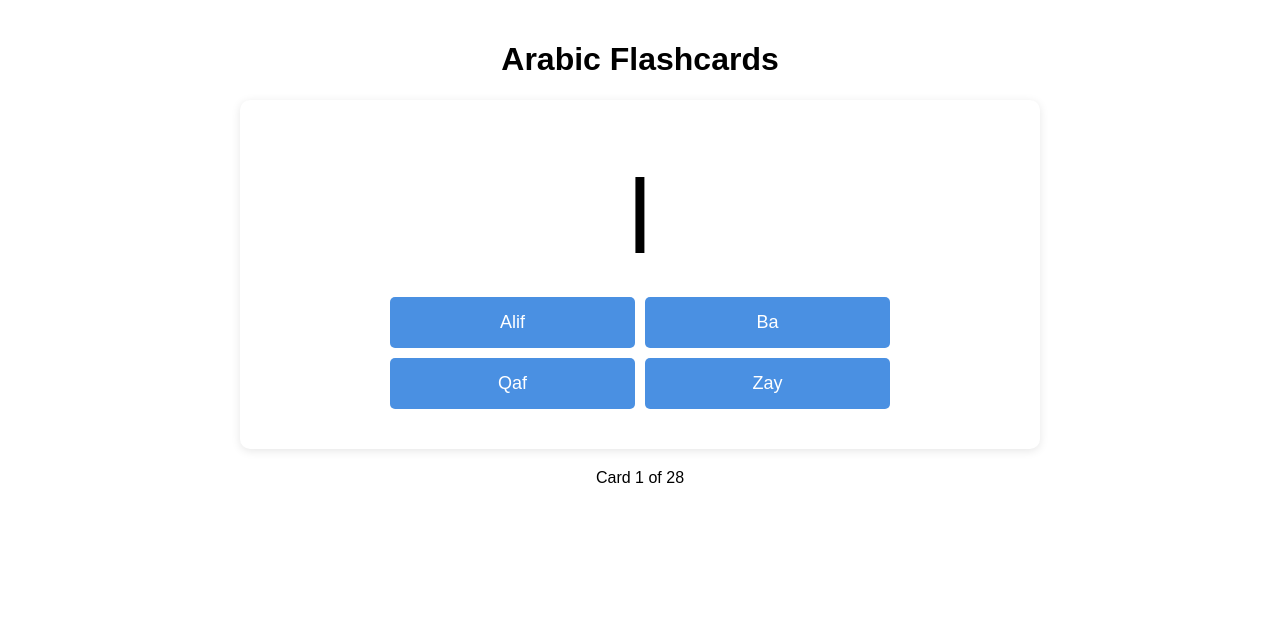
Repository: foolishimp/arabic-flashcards
Page: /
An editor plug-in stored every save of this project. The page is shown before and after the next save, followed by the edit.
The browser window is 1280 px wide. The pictures show the whole page.
The project was rebuilt for these pictures with package versions that can differ from the ones it lists, and the page was loaded fresh each time.

Above is the page before, as saved 2024-11-22 23:45:05.

### src/App.js
import React, { useState } from "react";
import "./App.css";

const letters = [
  { arabic: "ا", name: "Alif" },
  { arabic: "ب", name: "Ba" },
  { arabic: "ت", name: "Ta" },
  { arabic: "ث", name: "Tha" },
  { arabic: "ج", name: "Jeem" },
  { arabic: "ح", name: "Ha" },
  { arabic: "خ", name: "Kha" },
  { arabic: "د", name: "Dal" },
  { arabic: "ذ", name: "Dhal" },
  { arabic: "ر", name: "Ra" },
  { arabic: "ز", name: "Zay" },
  { arabic: "س", name: "Seen" },
  { arabic: "ش", name: "Sheen" },
  { arabic: "ص", name: "Saad" },
  { arabic: "ض", name: "Daad" },
  { arabic: "ط", name: "Taa" },
  { arabic: "ظ", name: "Zaa" },
  { arabic: "ع", name: "Ayn" },
  { arabic: "غ", name: "Ghayn" },
  { arabic: "ف", name: "Fa" },
  { arabic: "ق", name: "Qaf" },
  { arabic: "ك", name: "Kaf" },
  { arabic: "ل", name: "Lam" },
  { arabic: "م", name: "Meem" },
  { arabic: "ن", name: "Noon" },
  { arabic: "ه", name: "Ha" },
  { arabic: "و", name: "Waw" },
  { arabic: "ي", name: "Ya" },
];

function App() {
  const [currentCardIndex, setCurrentCardIndex] = useState(0);
  const [score, setScore] = useState(0);
  const [showResult, setShowResult] = useState(false);
  const [selectedOption, setSelectedOption] = useState(null);
  const [currentOptions, setCurrentOptions] = useState(getRandomOptions(letters[0].name));
  const [canProceed, setCanProceed] = useState(false);

  function getRandomOptions(correctAnswer) {
    const options = new Set([correctAnswer]);
    while (options.size < 4) {
      const randomLetter = letters[Math.floor(Math.random() * letters.length)].name;
      options.add(randomLetter);
    }
    return Array.from(options).sort();
  }

  const handleOptionClick = (option) => {
    if (selectedOption !== null) return;

    setSelectedOption(option);
    setCanProceed(true);

    if (option === letters[currentCardIndex].name) {
      setScore(score + 1);
    }
  };

  const handleNext = () => {
    if (currentCardIndex + 1 < letters.length) {
      setCurrentCardIndex(currentCardIndex + 1);
      setSelectedOption(null);
      setCanProceed(false);
      setCurrentOptions(getRandomOptions(letters[currentCardIndex + 1].name));
    } else {
      setShowResult(true);
    }
  };

  if (showResult) {
    return (
      <div className="App">
        <div className="result">
          <h1>Flashcards Completed!</h1>
          <p>Your score: {score} / {letters.length}</p>
          <button className="next-button" onClick={() => window.location.reload()}>
            Restart
          </button>
        </div>
      </div>
    );
  }

  return (
    <div className="App">
      <h1>Arabic Flashcards</h1>
      <div className="flashcard">
        <div className="arabic-letter">{letters[currentCardIndex].arabic}</div>
        <div className="options">
          {currentOptions.map((option, index) => (
            <button
              key={index}
              onClick={() => handleOptionClick(option)}
              className={
                selectedOption !== null
                  ? option === letters[currentCardIndex].name
                    ? "correct"
                    : option === selectedOption
                    ? "incorrect"
                    : ""
                  : ""
              }
              disabled={selectedOption !== null}
            >
              {option}
            </button>
          ))}
        </div>
      </div>
      <div className="progress">
        <p>Card {currentCardIndex + 1} of {letters.length}</p>
        {canProceed && (
          <button
            className="next-button"
            onClick={handleNext}
          >
            Next
          </button>
        )}
      </div>
    </div>
  );
}

export default App;

### src/App.css
.App {
  text-align: center;
  max-width: 800px;
  margin: 0 auto;
  padding: 20px;
  font-family: Arial, sans-serif;
}

.flashcard {
  background: white;
  border-radius: 10px;
  box-shadow: 0 2px 10px rgba(0, 0, 0, 0.1);
  padding: 40px;
  margin: 20px 0;
}

.arabic-letter {
  font-size: 100px;
  margin: 20px 0;
}

.options {
  display: grid;
  grid-template-columns: 1fr 1fr;
  gap: 10px;
  max-width: 500px;
  margin: 0 auto;
}

.options button {
  padding: 15px 20px;
  font-size: 18px;
  border: none;
  border-radius: 5px;
  background-color: #4a90e2;
  color: white;
  cursor: pointer;
  transition: background-color 0.3s ease;
}

.options button:hover {
  background-color: #357abd;
}

.options button.correct {
  background-color: #4caf50;
}

.options button.incorrect {
  background-color: #f44336;
}

.options button:disabled {
  opacity: 0.7;
  cursor: not-allowed;
}

.progress {
  margin-top: 20px;
  font-size: 16px;
}

.next-button {
  margin-top: 20px;
  padding: 10px 20px;
  font-size: 16px;
  background-color: #4a90e2;
  color: white;
  border: none;
  border-radius: 5px;
  cursor: pointer;
}

.next-button:disabled {
  background-color: #cccccc;
  cursor: not-allowed;
}

.result {
  background: white;
  border-radius: 10px;
  box-shadow: 0 2px 10px rgba(0, 0, 0, 0.1);
  padding: 40px;
  margin: 20px 0;
}

Loaded but not shown: public/index.html (common file); src/index.js (common file); src/index.css (common file); src/reportWebVitals.js (common file)

After the next save:
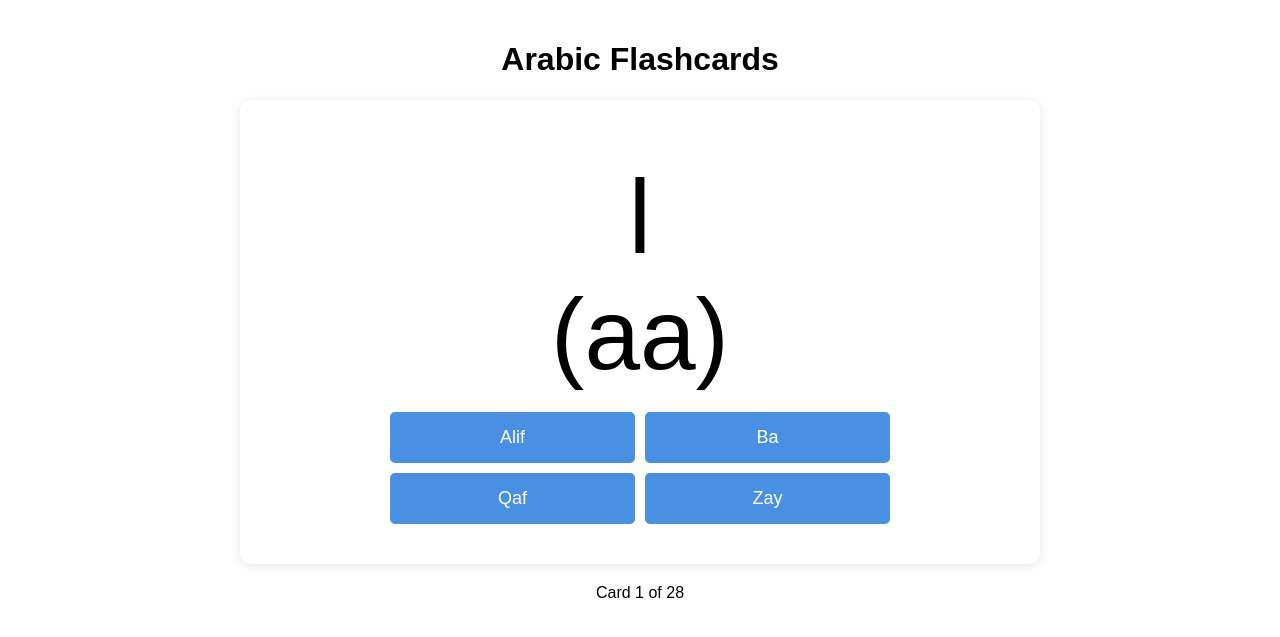
Saved 113 s later.
--- a/src/App.js
+++ b/src/App.js
@@ -2,34 +2,34 @@ import React, { useState } from "react";
 import "./App.css";
 
 const letters = [
-  { arabic: "ا", name: "Alif" },
-  { arabic: "ب", name: "Ba" },
-  { arabic: "ت", name: "Ta" },
-  { arabic: "ث", name: "Tha" },
-  { arabic: "ج", name: "Jeem" },
-  { arabic: "ح", name: "Ha" },
-  { arabic: "خ", name: "Kha" },
-  { arabic: "د", name: "Dal" },
-  { arabic: "ذ", name: "Dhal" },
-  { arabic: "ر", name: "Ra" },
-  { arabic: "ز", name: "Zay" },
-  { arabic: "س", name: "Seen" },
-  { arabic: "ش", name: "Sheen" },
-  { arabic: "ص", name: "Saad" },
-  { arabic: "ض", name: "Daad" },
-  { arabic: "ط", name: "Taa" },
-  { arabic: "ظ", name: "Zaa" },
-  { arabic: "ع", name: "Ayn" },
-  { arabic: "غ", name: "Ghayn" },
-  { arabic: "ف", name: "Fa" },
-  { arabic: "ق", name: "Qaf" },
-  { arabic: "ك", name: "Kaf" },
-  { arabic: "ل", name: "Lam" },
-  { arabic: "م", name: "Meem" },
-  { arabic: "ن", name: "Noon" },
-  { arabic: "ه", name: "Ha" },
-  { arabic: "و", name: "Waw" },
-  { arabic: "ي", name: "Ya" },
+  { arabic: "ا", name: "Alif", sound: "aa" },
+  { arabic: "ب", name: "Ba", sound: "b" },
+  { arabic: "ت", name: "Ta", sound: "t" },
+  { arabic: "ث", name: "Tha", sound: "th" },
+  { arabic: "ج", name: "Jeem", sound: "j" },
+  { arabic: "ح", name: "Ha", sound: "ḥ" },
+  { arabic: "خ", name: "Kha", sound: "kh" },
+  { arabic: "د", name: "Dal", sound: "d" },
+  { arabic: "ذ", name: "Dhal", sound: "dh" },
+  { arabic: "ر", name: "Ra", sound: "r" },
+  { arabic: "ز", name: "Zay", sound: "z" },
+  { arabic: "س", name: "Seen", sound: "s" },
+  { arabic: "ش", name: "Sheen", sound: "sh" },
+  { arabic: "ص", name: "Saad", sound: "ṣ" },
+  { arabic: "ض", name: "Daad", sound: "ḍ" },
+  { arabic: "ط", name: "Taa", sound: "ṭ" },
+  { arabic: "ظ", name: "Zaa", sound: "ẓ" },
+  { arabic: "ع", name: "Ayn", sound: "ʿ" },
+  { arabic: "غ", name: "Ghayn", sound: "gh" },
+  { arabic: "ف", name: "Fa", sound: "f" },
+  { arabic: "ق", name: "Qaf", sound: "q" },
+  { arabic: "ك", name: "Kaf", sound: "k" },
+  { arabic: "ل", name: "Lam", sound: "l" },
+  { arabic: "م", name: "Meem", sound: "m" },
+  { arabic: "ن", name: "Noon", sound: "n" },
+  { arabic: "ه", name: "Ha", sound: "h" },
+  { arabic: "و", name: "Waw", sound: "w/oo" },
+  { arabic: "ي", name: "Ya", sound: "y/ee" },
 ];
 
 function App() {
@@ -89,7 +89,10 @@ function App() {
     <div className="App">
       <h1>Arabic Flashcards</h1>
       <div className="flashcard">
-        <div className="arabic-letter">{letters[currentCardIndex].arabic}</div>
+        <div className="arabic-letter">
+          {letters[currentCardIndex].arabic}
+          <div className="sound-hint">({letters[currentCardIndex].sound})</div>
+        </div>
         <div className="options">
           {currentOptions.map((option, index) => (
             <button
